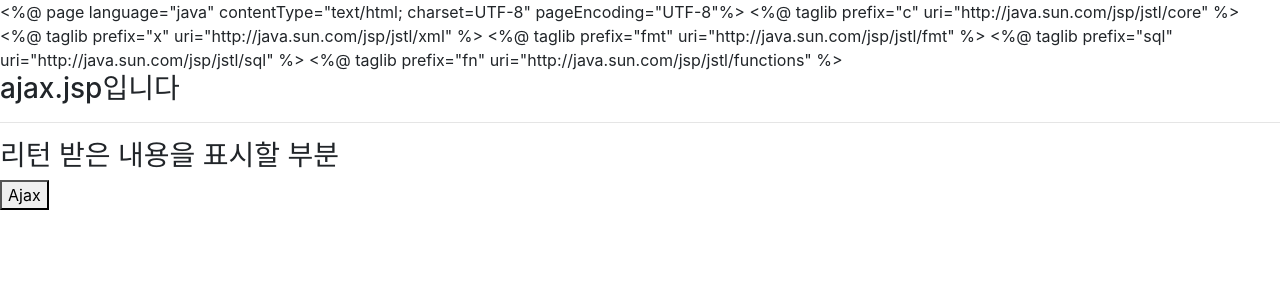
Repository: snowskyblue/SpringEx
Page: 1209ajaxEx1/src/main/webapp/resources/html/ajax.html
An editor plug-in stored every save of this project. The page is shown before and after the next save, followed by the edit.
The browser window is 1280 px wide. The pictures show the whole page.

Above is the page before, as saved 2019-12-09 01:45:47.

### 1209ajaxEx1/src/main/webapp/resources/html/ajax.html
<%@ page language="java" contentType="text/html; charset=UTF-8"
    pageEncoding="UTF-8"%>
<%@ taglib prefix="c" uri="http://java.sun.com/jsp/jstl/core" %>
<%@ taglib prefix="x" uri="http://java.sun.com/jsp/jstl/xml" %>
<%@ taglib prefix="fmt" uri="http://java.sun.com/jsp/jstl/fmt" %>
<%@ taglib prefix="sql" uri="http://java.sun.com/jsp/jstl/sql" %>
<%@ taglib prefix="fn" uri="http://java.sun.com/jsp/jstl/functions" %>


<!DOCTYPE html>
<html lang="ko">
<head>
<meta charset="UTF-8">
<meta http-equiv="X-UA-Compatible" content="IE=edge">
<meta name="viewport" content="width=device-width, initial-scale=1.0">
<!--bootstrap -->
<link rel="stylesheet" href="https://maxcdn.bootstrapcdn.com/bootstrap/4.3.1/css/bootstrap.min.css">
<!--font-awesome -->
<link rel="stylesheet" href="https://cdnjs.cloudflare.com/ajax/libs/font-awesome/4.7.0/css/font-awesome.min.css">
<title>Insert title here</title>
</head>
<body>

<h3>ajax.jsp입니다</h3>
<hr/>
<h3>리턴 받은 내용을 표시할 부분</h3>
<div id="content"></div>
<button type="buttn" id="btn">Ajax</button>

<!--jquery -->
<script src="https://ajax.googleapis.com/ajax/libs/jquery/3.4.1/jquery.min.js"></script>
<!--popper -->
<script src="https://cdnjs.cloudflare.com/ajax/libs/popper.js/1.14.7/umd/popper.min.js"></script>
<!--javascript -->
<script src="https://maxcdn.bootstrapcdn.com/bootstrap/4.3.1/js/bootstrap.min.js"></script>

<script>
$(document).ready(function(){
	$("#btn").click(function(){
		/*jQuery ajax() Method
		The ajax() method is used to perform an AJAX (asynchronous HTTP) request.
		All jQuery AJAX methods use the ajax() method.
		This method is mostly used for requests where the other methods cannot be used.*/
		$.ajax({
			url : "http://localhost:8181/ajax1/data",
			cache : false,
			data : "", //서버로 보내는 데이터*
			dataType : "html", //리턴받은 데이터형
			success : function(data){ //data는 서버로부터 리턴받은 data(*과 상관 없음)(응용프로그램 처리 성공한 경우)
				$("#content").html(data);
			},
			fail : function(){ //접속 실패 등에 다른 처리 error로도 처리
				console.log("fail: ");
			},
			always : function(){ //complete로도 처리 가능
				console.log("always: ");
			}
		});
	});
});
</script>
</body>
</html>

After the next save:
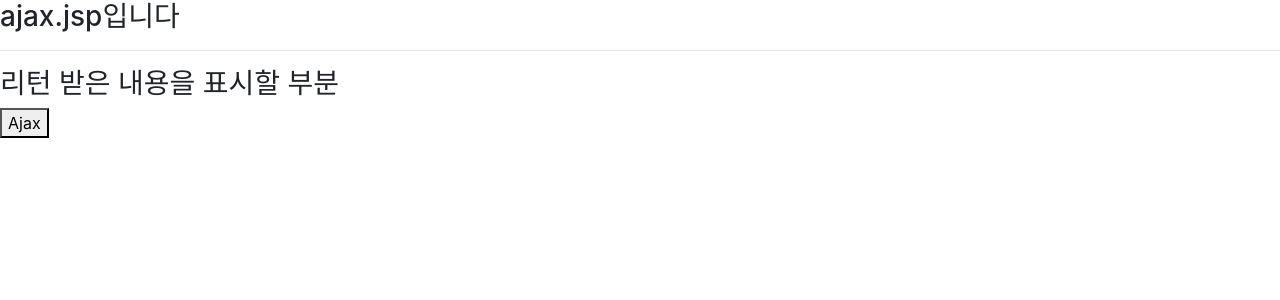
Saved 10 s later.
--- a/1209ajaxEx1/src/main/webapp/resources/html/ajax.html
+++ b/1209ajaxEx1/src/main/webapp/resources/html/ajax.html
@@ -1,12 +1,3 @@
-<%@ page language="java" contentType="text/html; charset=UTF-8"
-    pageEncoding="UTF-8"%>
-<%@ taglib prefix="c" uri="http://java.sun.com/jsp/jstl/core" %>
-<%@ taglib prefix="x" uri="http://java.sun.com/jsp/jstl/xml" %>
-<%@ taglib prefix="fmt" uri="http://java.sun.com/jsp/jstl/fmt" %>
-<%@ taglib prefix="sql" uri="http://java.sun.com/jsp/jstl/sql" %>
-<%@ taglib prefix="fn" uri="http://java.sun.com/jsp/jstl/functions" %>
-
-
 <!DOCTYPE html>
 <html lang="ko">
 <head>
